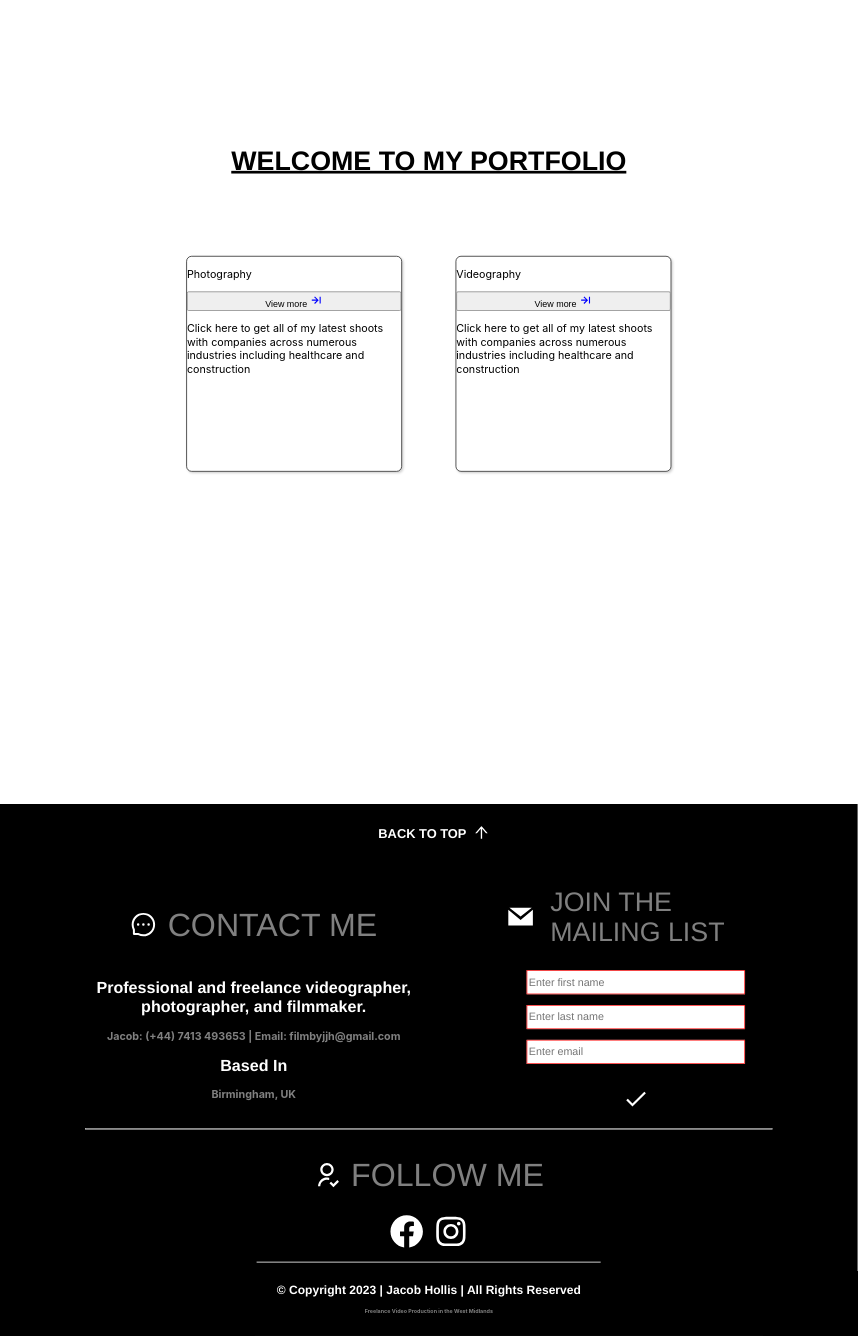
Repository: ThomasMTurner/filmbyjjh-portfolio
Page: /portfolio (app in client/)
These files come from the project's save history. The page is drawn as it stood at one moment and after a run of saves; the edit follows.
The browser window is 1280 px wide. The pictures show the whole page, at 67% of full size.
The project was rebuilt for these pictures with package versions that can differ from the ones it lists, and the page was loaded fresh each time. Also part of the build but not shown: client/vite.config.js, client/src/pages/Components/TagComponents.jsx, client/src/pages/Components/Post.jsx, client/src/pages/Components/SearchBar.jsx, client/src/pages/Updates.jsx, client/src/pages/Contact.jsx, client/src/pages/Components/InitialLogin.jsx, client/src/pages/Home.jsx and 2 more. Imported but missing from the stored project, and not drawn on this page: client/src/pages/Components/Videos/header.mp4, client/src/pages/Components/Videos/portfolio-reel.mp4.

Above is the page before, as saved 2023-10-20 12:49:45.

After the next 2 saves:
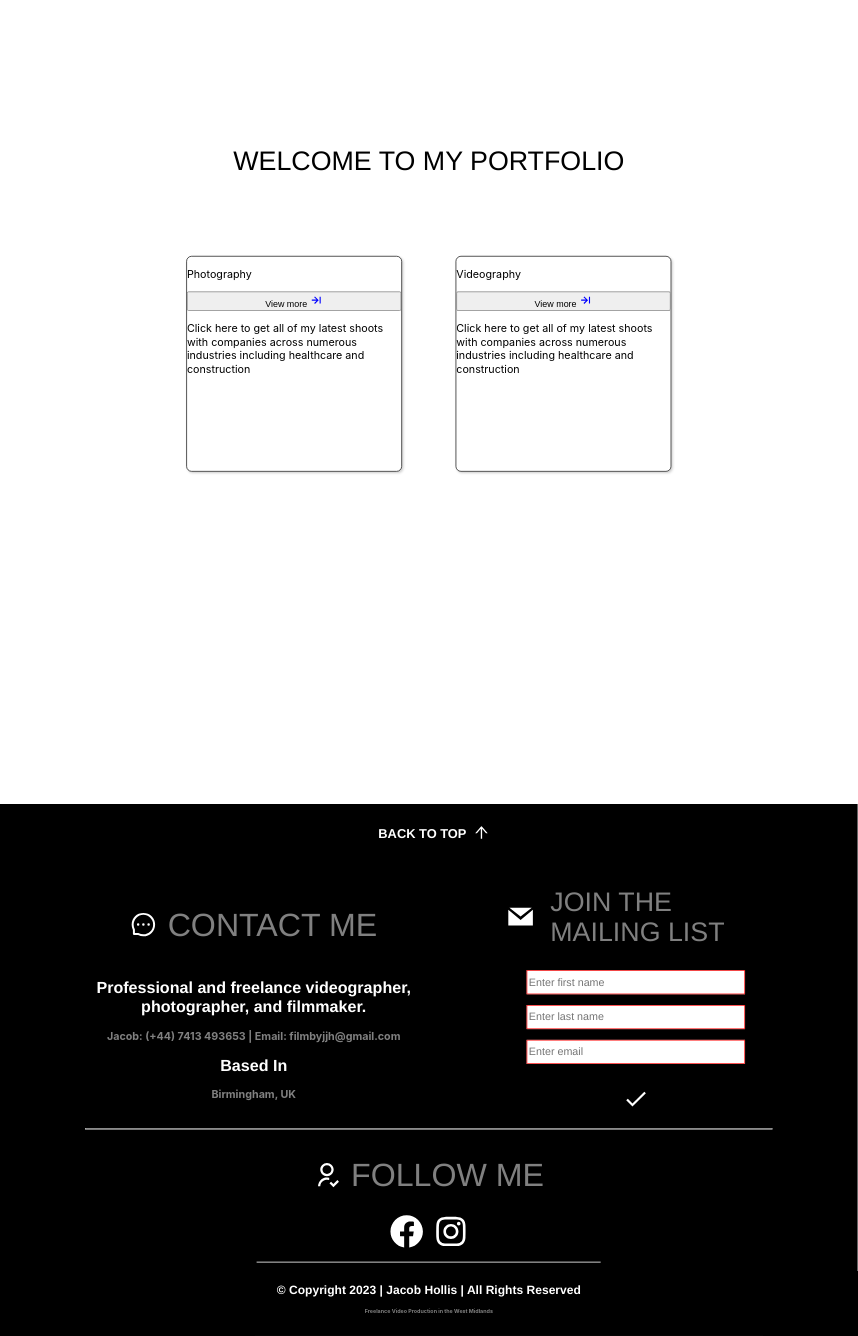
The 2 saves are shown as one change because they came seconds apart.
The last was saved 15 s later.
--- a/client/src/pages/Portfolio.jsx
+++ b/client/src/pages/Portfolio.jsx
@@ -14,7 +14,7 @@ const PortfolioCard = (props) => {
 export default function Portfolio() {
     return(
         <div style={{display:'flex', flexDirection:'column', justifyContent:'center', alignItems:'center', width:'100%', gap:'5rem', minHeight:'75rem', position:'relative', bottom:'10rem'}}>
-            <p style={{fontFamily:'helvetica', fontWeight:'bold', fontSize:'2.5rem', textDecoration:'underline', textDecorationThickness:'4px'}}>WELCOME TO MY PORTFOLIO</p>
+            <p style={{fontFamily:'helvetica', fontWeight:'200', fontSize:'2.5rem'}}>WELCOME TO MY PORTFOLIO</p>
             <div style={{display:'flex', flexDirection:'row', justifyContent:'center', alignItems:'center', width:'100%', gap:'5rem'}}>
                 <PortfolioCard title="Photography" desc="Click here to get all of my latest shoots with companies across numerous industries including healthcare and construction" />
                 <PortfolioCard title="Videography" desc="Click here to get all of my latest shoots with companies across numerous industries including healthcare and construction" />
